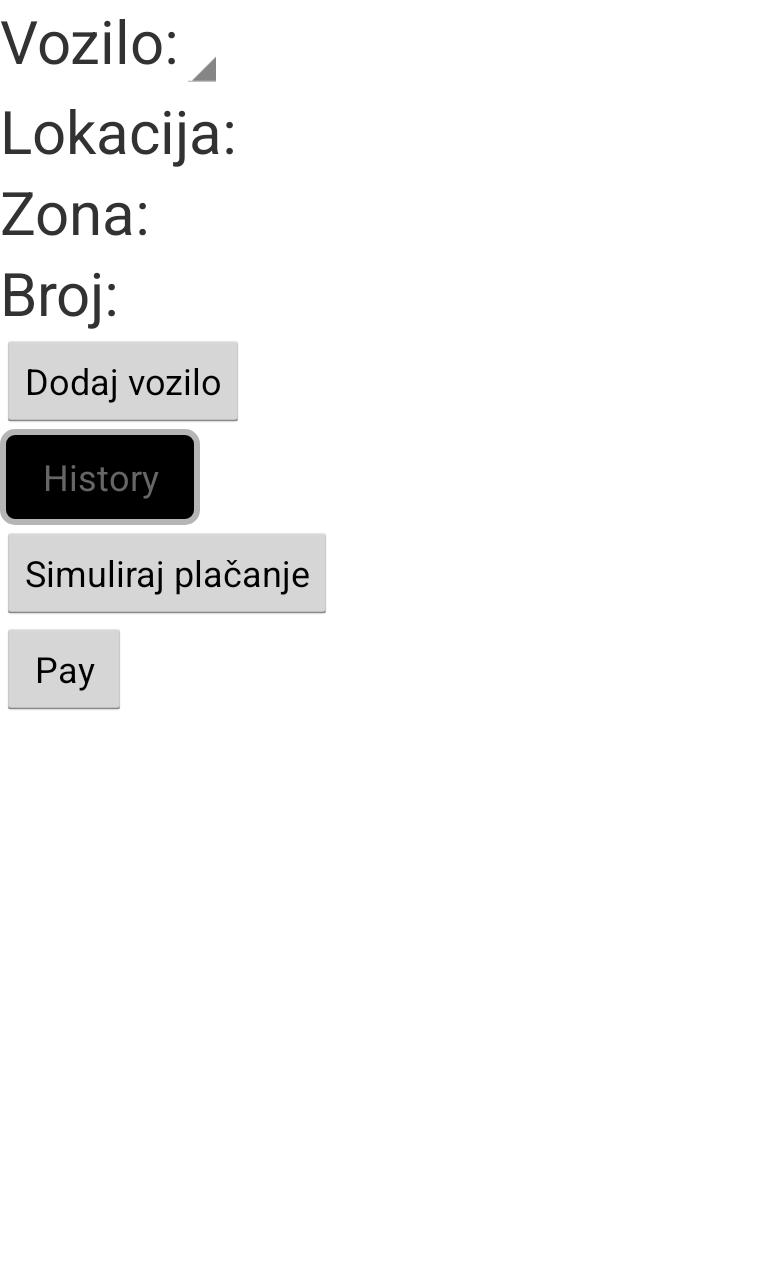
Repository: Kondorcom/GPS_parking
Layout: GPSParking/res/layout/activity_main.xml
An editor plug-in stored every save of this project. The layout is shown before and after the next save, followed by the edit.
Pictures or frames that could not be fetched are drawn as grey boxes. It is drawn on a 768 x 1280 px phone screen (xhdpi) without system bars, with theme AppTheme; the app's code is not run. The app's manifest (not shown) leaves right-to-left support off. So textAlignment, textDirection and layoutDirection are ignored, and left and right values win over start and end ones.

Above is the layout before, as saved 2016-05-16 10:57:46.

After the next save:
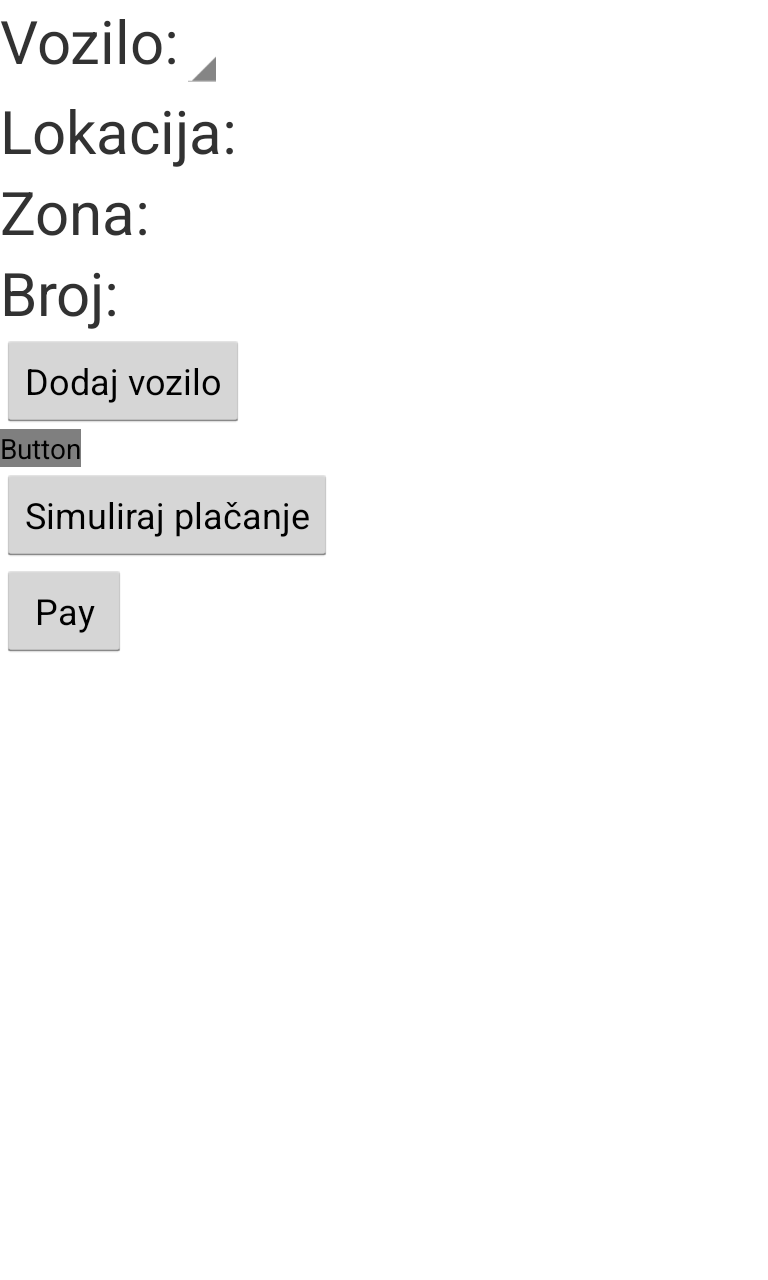
Saved 10 s later.
--- a/GPSParking/res/layout/activity_main.xml
+++ b/GPSParking/res/layout/activity_main.xml
@@ -117,7 +117,7 @@
             android:layout_height="wrap_content"
             android:onClick="gotoHistory"
             android:text="@string/history"
-            android:textColor="#666666"
+            android:textColor="white"
              android:background="@drawable/btn_shape" />
     </LinearLayout>
 

After the save that followed:
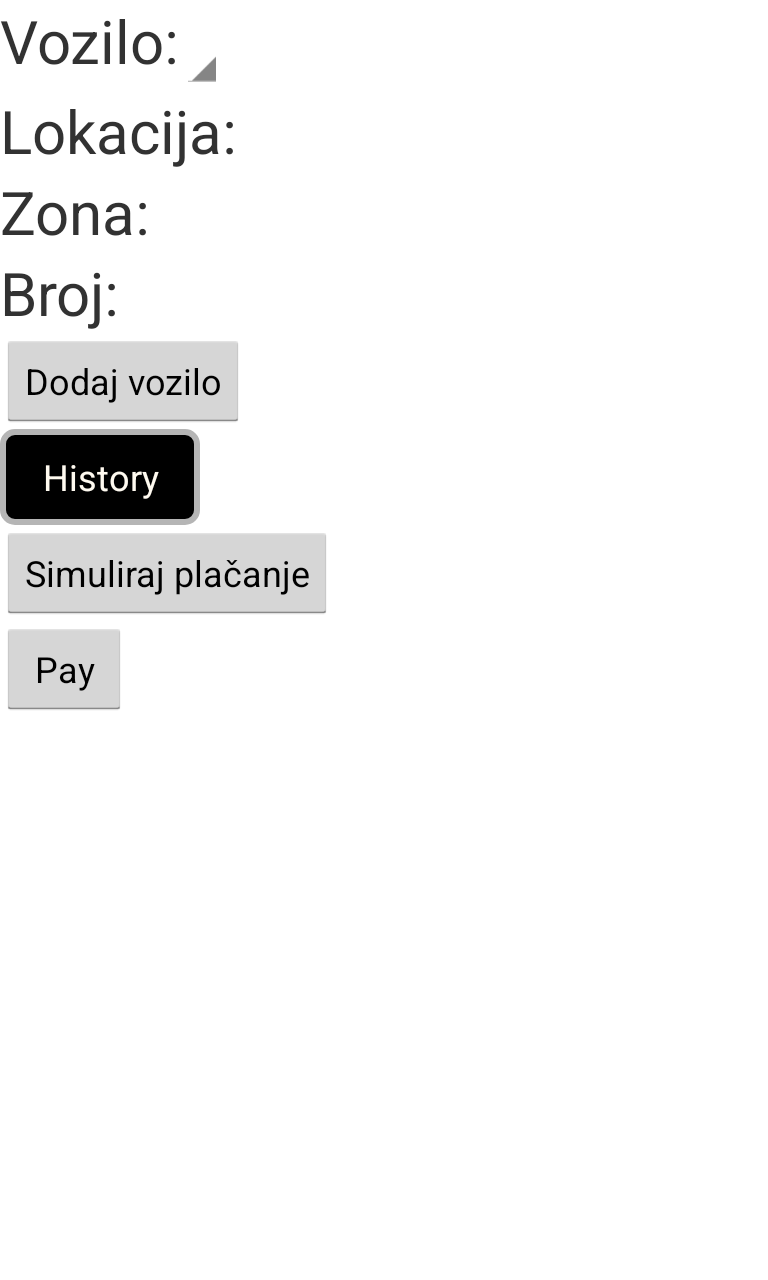
Saved 38 s later.
--- a/GPSParking/res/layout/activity_main.xml
+++ b/GPSParking/res/layout/activity_main.xml
@@ -117,7 +117,7 @@
             android:layout_height="wrap_content"
             android:onClick="gotoHistory"
             android:text="@string/history"
-            android:textColor="white"
+            android:textColor="#fffaf0"
              android:background="@drawable/btn_shape" />
     </LinearLayout>
 
